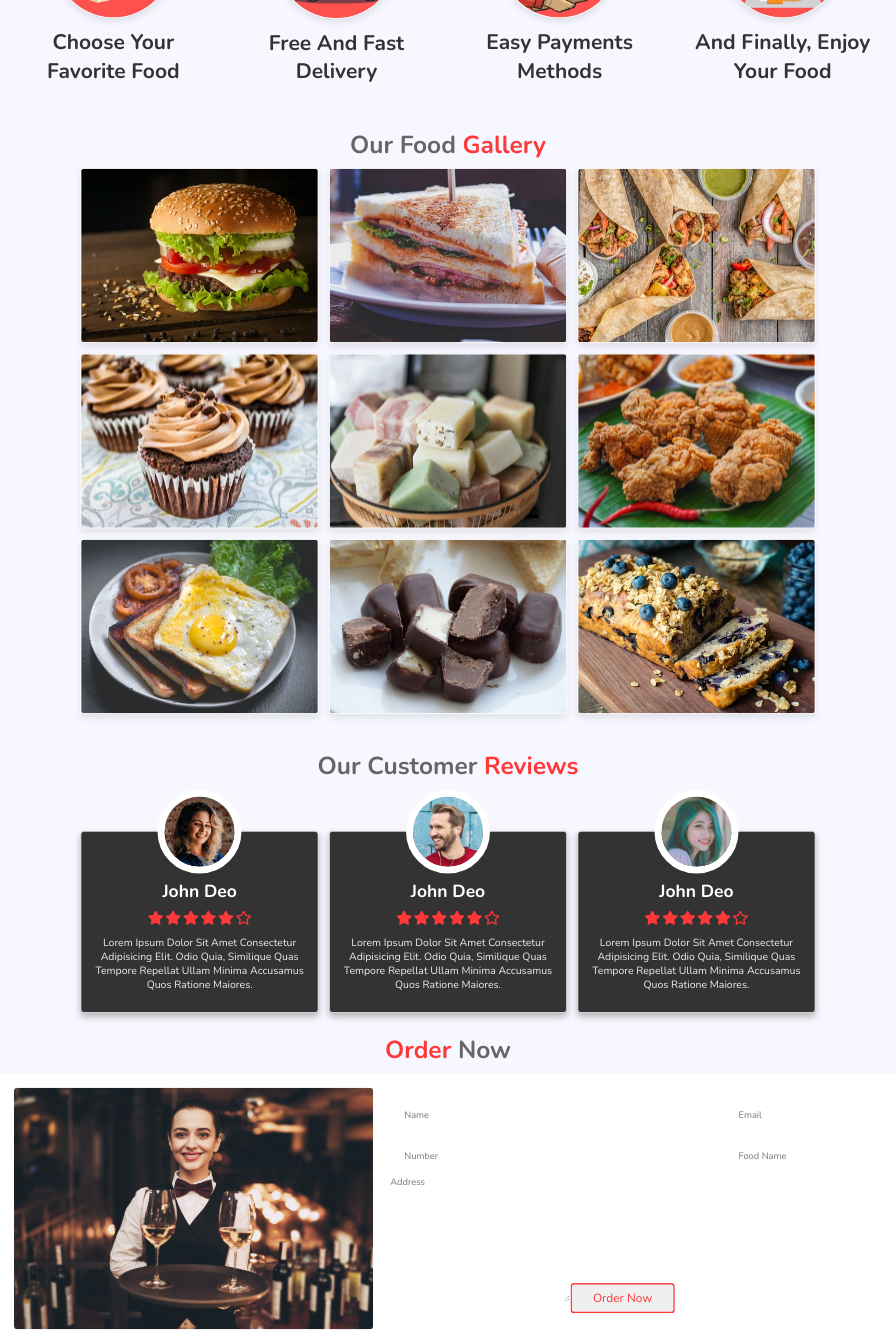
Repository: ManhTanVN/food
Page: index.html
An editor plug-in stored every save of this project. The page is shown before and after the next save, followed by the edit.
The browser window is 1280 px wide. The pictures show the part of the page from y = 2550 to 4470 px (the page is 4469 px tall before and 4470 px after), at 70% of full size.
The style sheet was rebuilt from its Sass, Less or Tailwind sources for each picture, by a compiler version that may differ from the author's.

Above is the page before, as saved 2021-08-29 21:09:23.

After the next save:
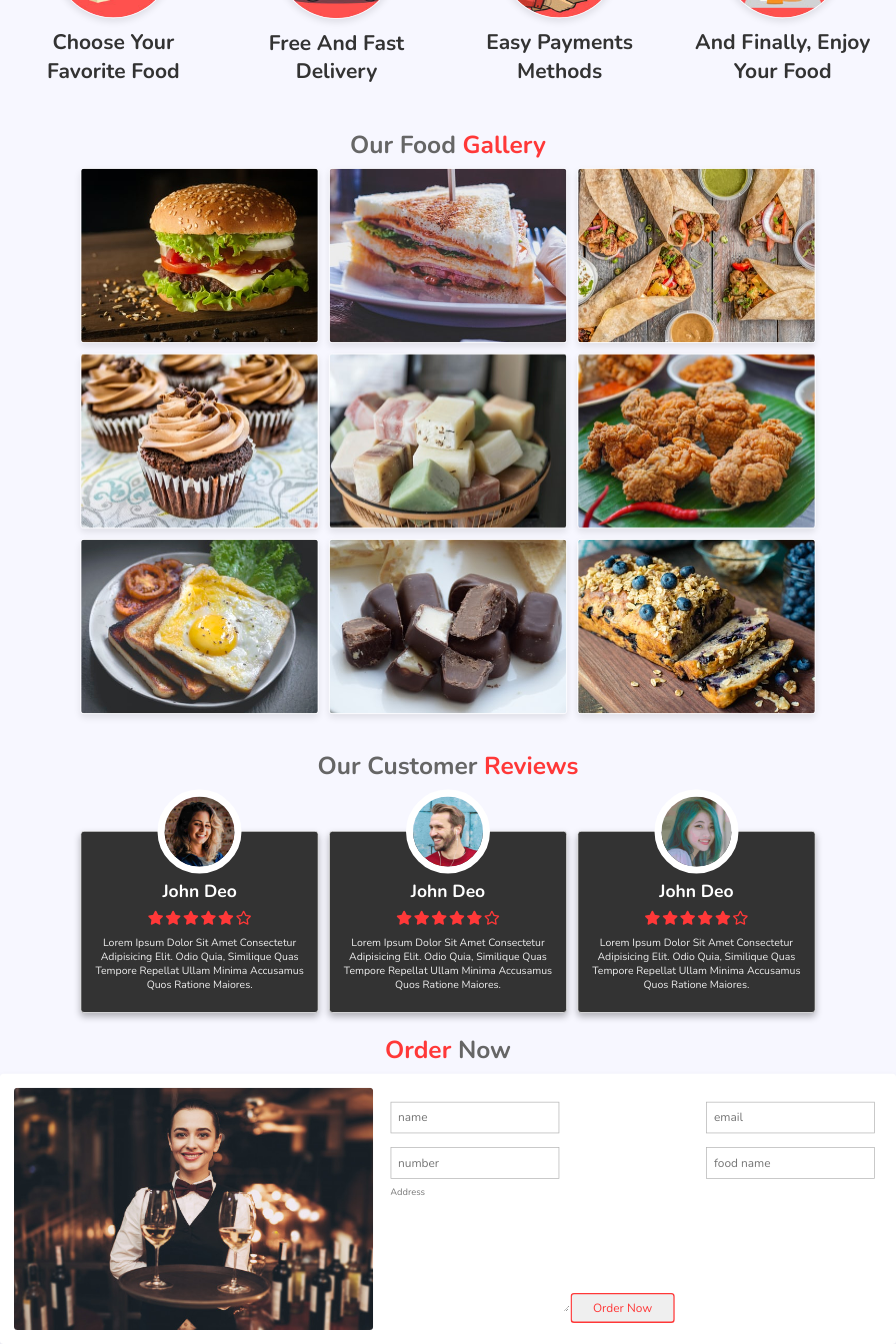
Saved 65 s later.
--- a/sass/_order.scss
+++ b/sass/_order.scss
@@ -28,7 +28,11 @@
 
                 & input, & textarea{
                     padding: 1rem;
-                    margin: 1rem;
+                    margin: 1rem 0;
+                    font-size: 1.7rem;
+                    color: #333;
+                    text-transform: none;
+                    border: .1rem solid rgba(0,0,0,.3);
                 }
             }
         }
